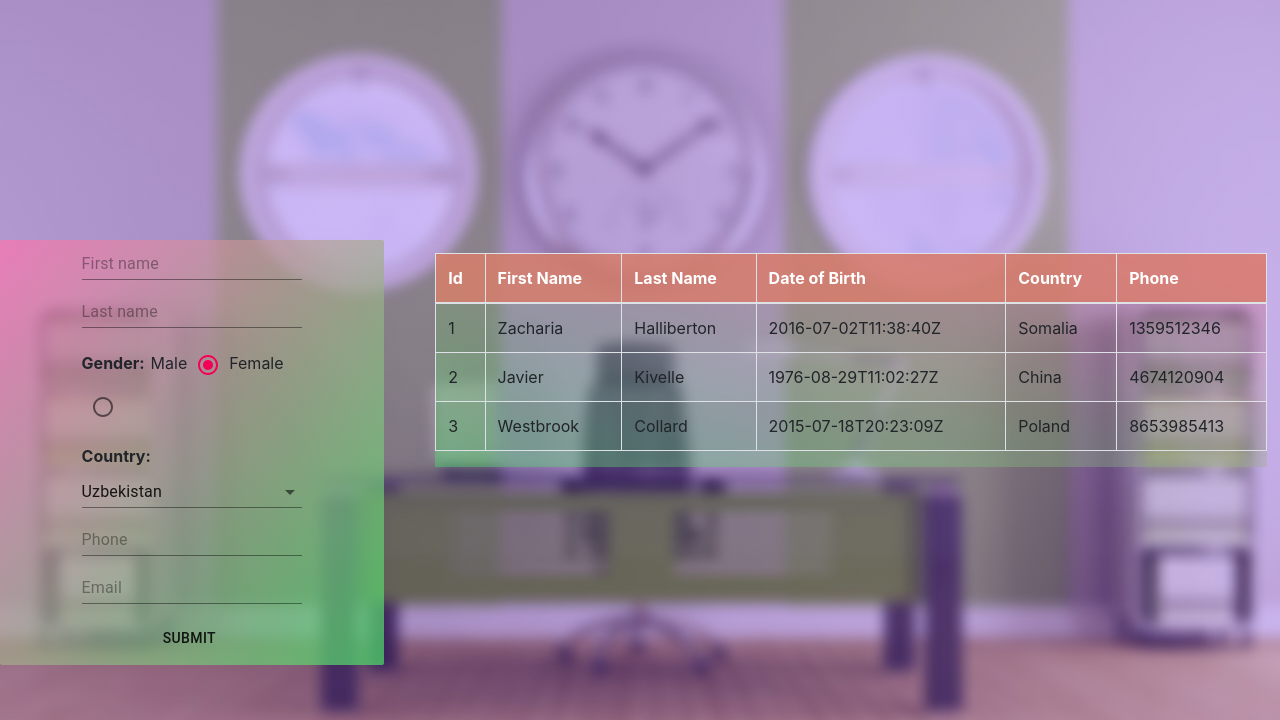
Repository: abrorsaidov/table-table
Page: /
These files come from the project's save history. The page is drawn as it stood at one moment and after the next save; the edit follows.
The browser window is 1280 px wide. The pictures show the whole page.
The project was rebuilt for these pictures with package versions that can differ from the ones it lists, and the page was loaded fresh each time. Also part of the build but not shown: src/components/ComponentC.js.

Above is the page before, as saved 2020-12-05 01:20:07.

After the next save:
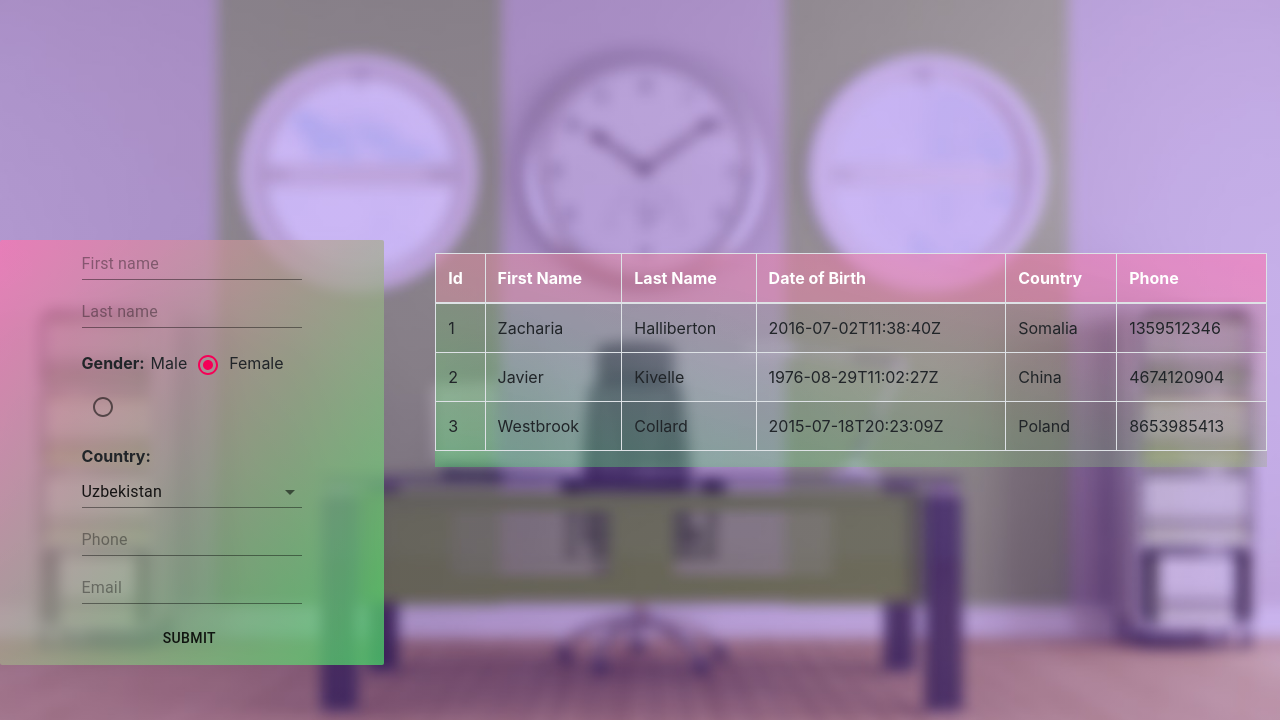
Saved 20 s later.
--- a/src/App.css
+++ b/src/App.css
@@ -90,6 +90,6 @@ option {
 }
 
 thead {
-  background: rgba(216, 123, 106, 0.83);
+  background: rgba(255, 114, 175, 0.337);
   color: white;
 }
